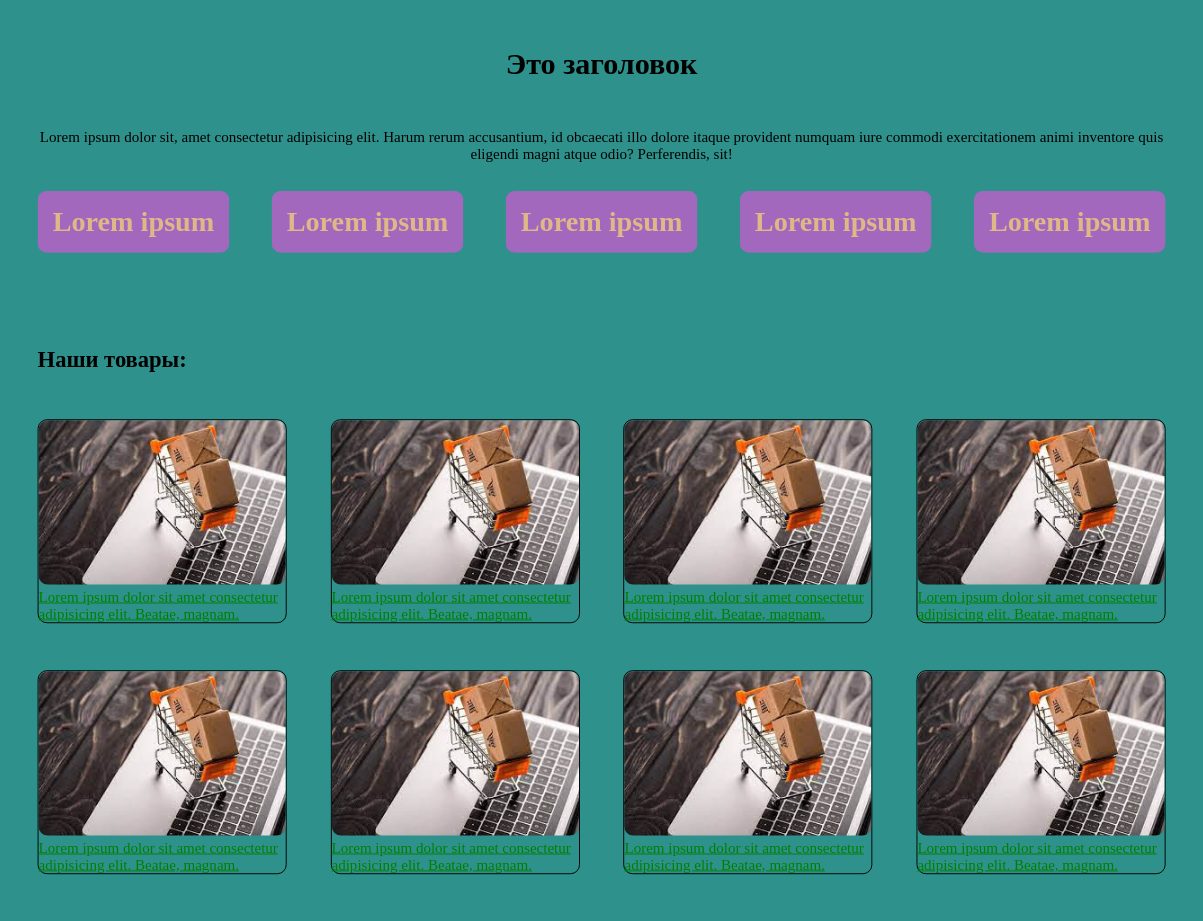
Repository: annamsklv/web
Page: seminar2_26.01/index.html
The author's editor kept a copy of each file at every save. The page is drawn from the files as they stood at one save, then again after the next save.
The browser window is 1280 px wide. The pictures show the whole page, at 94% of full size.
Some web fonts or font styles are not loaded; a fallback is used.

Above is the page before, as saved 2023-02-01 18:30:03.

### seminar2_26.01/index.html
<!DOCTYPE html>
<html lang="en">
<head>
    <meta charset="UTF-8">
    <meta http-equiv="X-UA-Compatible" content="IE-edge">
    <meta name="viewport" content="width=device-width, initial-scale=1.0">
    <title>Моя вторая страница</title>
    <!-- <link rel="preconnect" href="https://fonts.googleapis.com">
<link rel="preconnect" href="https://fonts.gstatic.com" crossorigin>
<link href="https://fonts.googleapis.com/css2?family=Pacifico&display=swap" rel="stylesheet">
    <link rel="stylesheet" href="test2.css"> -->
    <link rel="preconnect" href="https://fonts.googleapis.com">
<link rel="preconnect" href="https://fonts.gstatic.com" crossorigin>
<link href="https://fonts.googleapis.com/css2?family=Ruslan+Display&display=swap" rel="stylesheet">
    <link rel="stylesheet" href="test2.css">

</head>
<body>
    <div class="header">
     <div class="container">
        <h1 class="title">Это заголовок</h1>
    <p class="description">Lorem ipsum dolor sit, amet consectetur adipisicing elit. Harum rerum accusantium, id obcaecati illo dolore itaque provident numquam iure commodi exercitationem animi inventore quis eligendi magni atque odio? Perferendis, sit!</p>
    <div class="nav">
     <a class="nav-link"href="#">Lorem ipsum</a>
     <a class="nav-link"href="#">Lorem ipsum</a>
     <a class="nav-link" href="#">Lorem ipsum</a>
     <a class="nav-link"href="#">Lorem ipsum</a>
     <a class="nav-link"href="#">Lorem ipsum</a>
    </div>
     </div>
     </div>

    <div class="content">
        <div class="container">
            <h2 xlass="subtitle">Наши товары:</h2>
            <div class="item-box">
                <div class="item">
                    <img class="item-pic" src="img/product.jpeg" alt="product">
                    <a class="item-link" href="test3.html">Lorem ipsum dolor sit amet consectetur adipisicing elit. Beatae, magnam.</a>
                </div>
                <div class="item">
                    <img class="item-pic" src="img/product.jpeg" alt="product">
                    <a class="item-link" href="test3.html">Lorem ipsum dolor sit amet consectetur adipisicing elit. Beatae, magnam.</a>
                </div>
                <div class="item">
                    <img class="item-pic" src="img/product.jpeg" alt="product">
                    <a class="item-link" href="test3.html">Lorem ipsum dolor sit amet consectetur adipisicing elit. Beatae, magnam.</a>
                </div>
                <div class="item">
                    <img class="item-pic" src="img/product.jpeg" alt="product">
                    <a class="item-link" href="test3.html">Lorem ipsum dolor sit amet consectetur adipisicing elit. Beatae, magnam.</a>
                </div>
                <div class="item">
                    <img class="item-pic" src="img/product.jpeg" alt="product">
                    <a class="item-link" href="test3.html">Lorem ipsum dolor sit amet consectetur adipisicing elit. Beatae, magnam.</a>
                </div>
                <div class="item">
                    <img class="item-pic" src="img/product.jpeg" alt="product">
                    <a class="item-link" href="test3.html">Lorem ipsum dolor sit amet consectetur adipisicing elit. Beatae, magnam.</a>
                </div>
                <div class="item">
                    <img class="item-pic" src="img/product.jpeg" alt="product">
                    <a class="item-link" href="test3.html">Lorem ipsum dolor sit amet consectetur adipisicing elit. Beatae, magnam.</a>
                </div>
                <div class="item">
                    <img class="item-pic" src="img/product.jpeg" alt="product">
                    <a class="item-link" href="test3.html">Lorem ipsum dolor sit amet consectetur adipisicing elit. Beatae, magnam.</a>
                </div>
            </div>
            </div>
        </div>


    <div class="footer">
    <div class="container">

    </div>
    </div>
</body>
</html>

### seminar2_26.01/test2.css
* {
    margin: 0;
    padding: 0;
}

body{
    background-color: rgb(47, 145, 140);
}
.container{
    width: 1200px;
    margin: 0 auto;
}

a{
    color:green;
}

.nav-link{
    color: burlywood;
    font-size: 30px;
    font-weight: bold;
    text-decoration: none;
    padding: 15px;
    background-color: rgb(161, 104, 189);
    border-radius: 10px;
    display: block;
    border: 1px solid transparent;

}

.title, .description, .subtitle{
    text-align: center;
    margin-top: 50px;
}

.nav{
    margin-top: 30px;
    display: flex;
    justify-content: space-between;
}

.nav-link:hover{
    border: 1 px solid darkmagenta;
    color: darkmagenta;
    background-color: white;
}

.item{
    width: 263px;
    border: 1px solid black;
    border-radius: 10px;

}

.item-pic{
    width: 100%;
    border-radius: 10px;
}

.content{
    margin-top: 100px;
}

.item-box{
    margin-top: 50px;
    display: flex;
    flex-wrap: wrap;
    justify-content:space-between;
}

.subtitle{
    font-family: 'Ruslan Display', cursive;
    font-size: 30px;
}
.item{
    margin-bottom: 50px;
}

After the next save:
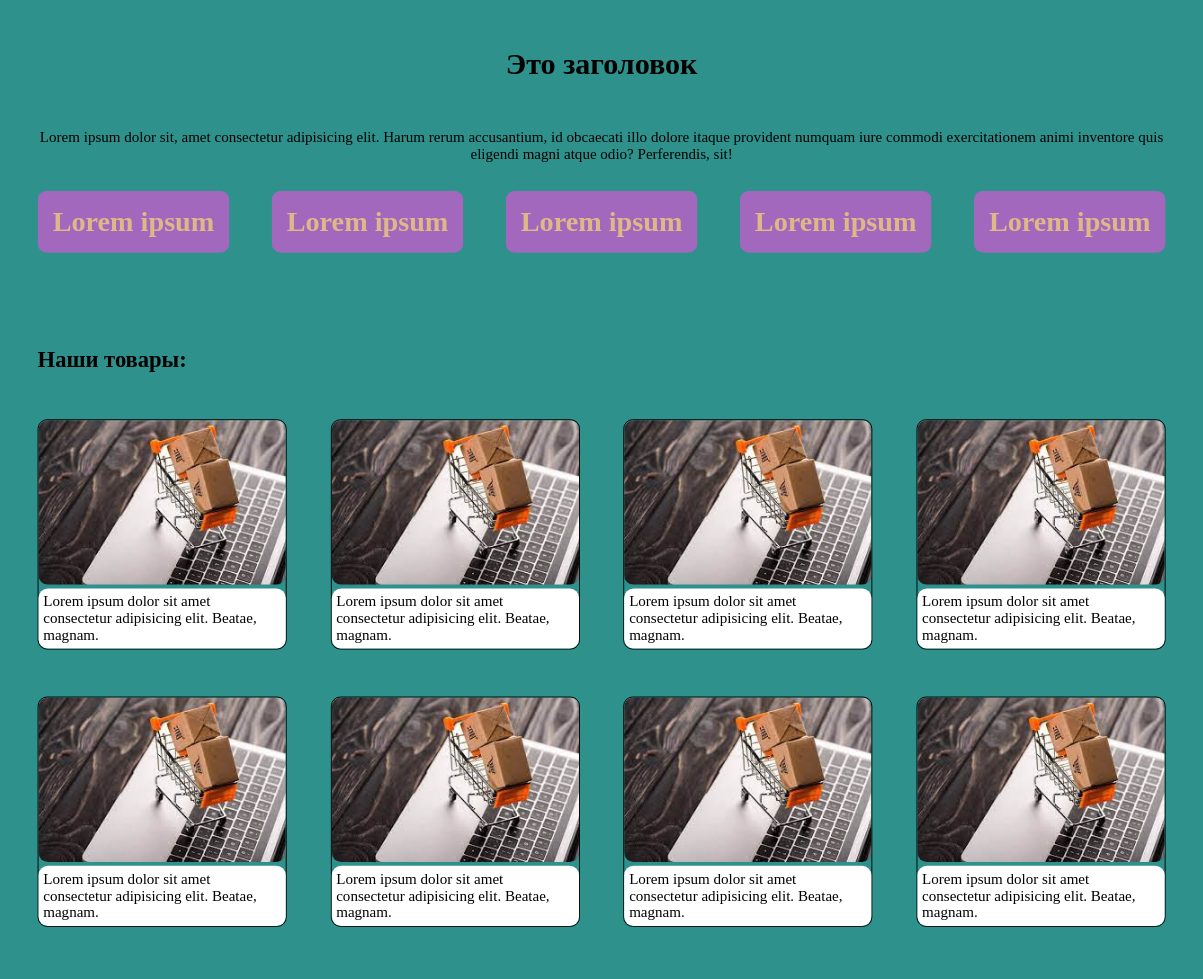
Saved 35 s later.
--- a/seminar2_26.01/test2.css
+++ b/seminar2_26.01/test2.css
@@ -75,3 +75,13 @@ a{
 .item{
     margin-bottom: 50px;
 }
+
+.item-link {
+    padding: 5px;
+    background-color: #fff;
+    display: block;
+    border-radius: 10px;
+    font-family: 'Ruslan Display', cursive;
+    text-decoration: none;
+    color: #000;
+}
